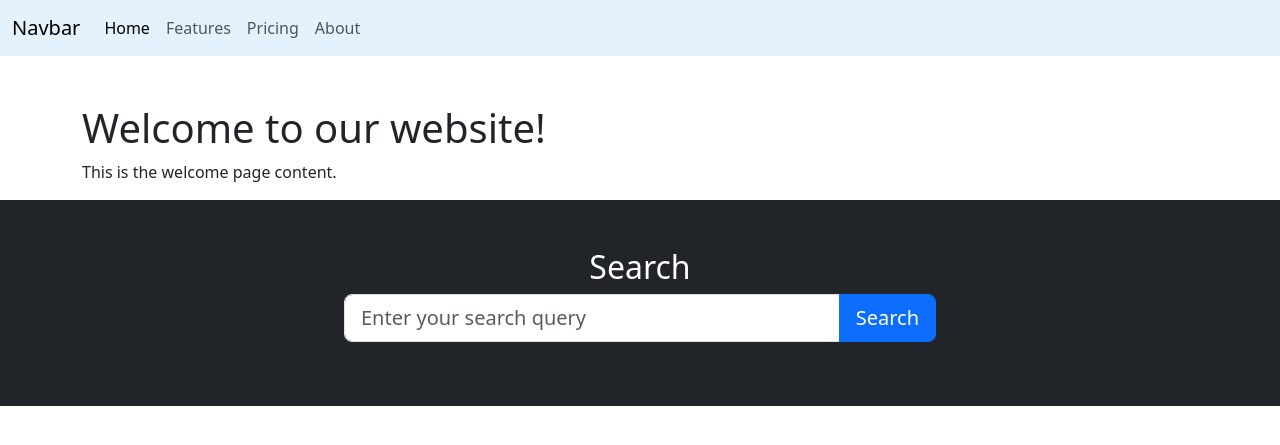
Repository: gyfffffff/meishimeike_test
Page: meishimeike/hello.html
An editor plug-in stored every save of this project. The page is shown before and after a run of saves, followed by the edit.
The browser window is 1280 px wide. The pictures show the whole page.

Above is the page before, as saved 2023-07-13 10:38:30.

### meishimeike/hello.html
<!DOCTYPE html>
<html lang="en">

<head>
    <meta charset="UTF-8">
    <meta name="viewport" content="width=device-width, initial-scale=1.0">
    <link rel="stylesheet" href="https://cdn.jsdelivr.net/npm/bootstrap@5.3.0/dist/css/bootstrap.min.css">
    <title>美食每刻</title>
</head>

<body>
    <nav class="navbar navbar-expand-lg" style="background-color: #e3f2fd;" data-bs-theme="light">
        <div class="container-fluid">
            <a class="navbar-brand" href="#">Navbar</a>
            <button class="navbar-toggler collapsed" type="button" data-bs-toggle="collapse" data-bs-target="#navbarColor03"
                aria-controls="navbarColor03" aria-expanded="false" aria-label="Toggle navigation">
                <span class="navbar-toggler-icon"></span>
            </button>
            <div class="navbar-collapse collapse" id="navbarColor03" style="">
                <ul class="navbar-nav me-auto mb-2 mb-lg-0">
                    <li class="nav-item">
                        <a class="nav-link active" aria-current="page" href="#">Home</a>
                    </li>
                    <li class="nav-item">
                        <a class="nav-link" href="#">Features</a>
                    </li>
                    <li class="nav-item">
                        <a class="nav-link" href="#">Pricing</a>
                    </li>
                    <li class="nav-item">
                        <a class="nav-link" href="#">About</a>
                    </li>
                </ul>
                <!-- <form class="d-flex" role="search">
                    <input class="form-control me-2" type="search" placeholder="Search" aria-label="Search">
                    <button class="btn btn-outline-primary" type="submit">Search</button>
                </form> -->
            </div>
        </div>
    </nav>

    <div class="container mt-5">
        <h1>Welcome to our website!</h1>
        <p>This is the welcome page content.</p>
    </div>

    <div class="container-fluid bg-dark text-center p-5">
        <h2 class="text-white">Search</h2>
        <div class="input-group mb-3 w-50 mx-auto">
            <input type="text" class="form-control form-control-lg" placeholder="Enter your search query">
            <button class="btn btn-primary btn-lg" type="button">Search</button>
        </div>
    </div>

    <script src="https://cdn.jsdelivr.net/npm/bootstrap@5.3.0/dist/js/bootstrap.bundle.min.js"></script>
</body>

</html>

After the next 2 saves:
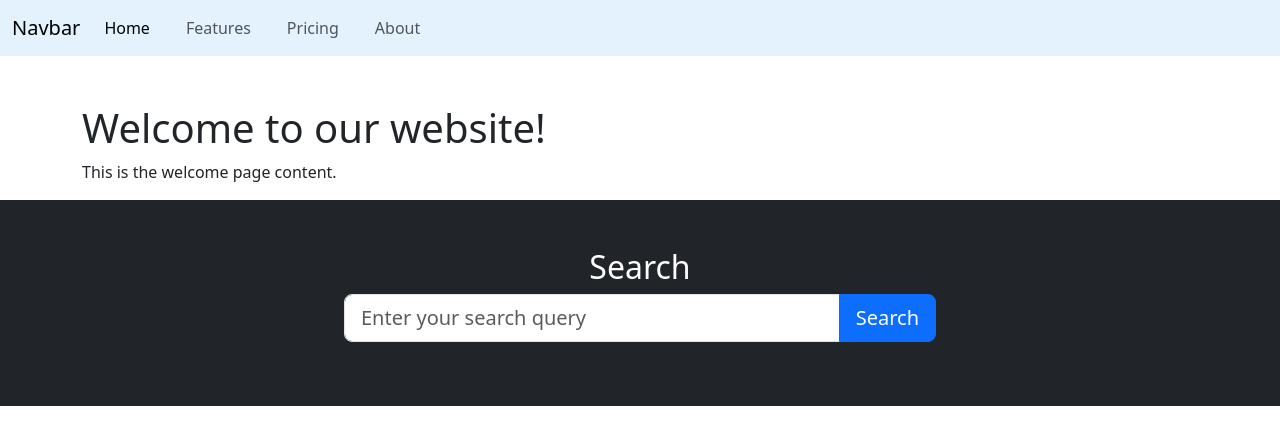
The 2 saves are shown as one change because they came seconds apart.
The last was saved 71 s later.
--- a/meishimeike/hello.html
+++ b/meishimeike/hello.html
@@ -5,6 +5,13 @@
     <meta charset="UTF-8">
     <meta name="viewport" content="width=device-width, initial-scale=1.0">
     <link rel="stylesheet" href="https://cdn.jsdelivr.net/npm/bootstrap@5.3.0/dist/css/bootstrap.min.css">
+    <style>
+        .navbar-nav li {
+            margin-right: 20px;
+            /* 调整右侧间距 */
+        }
+    </style>
+
     <title>美食每刻</title>
 </head>
 
